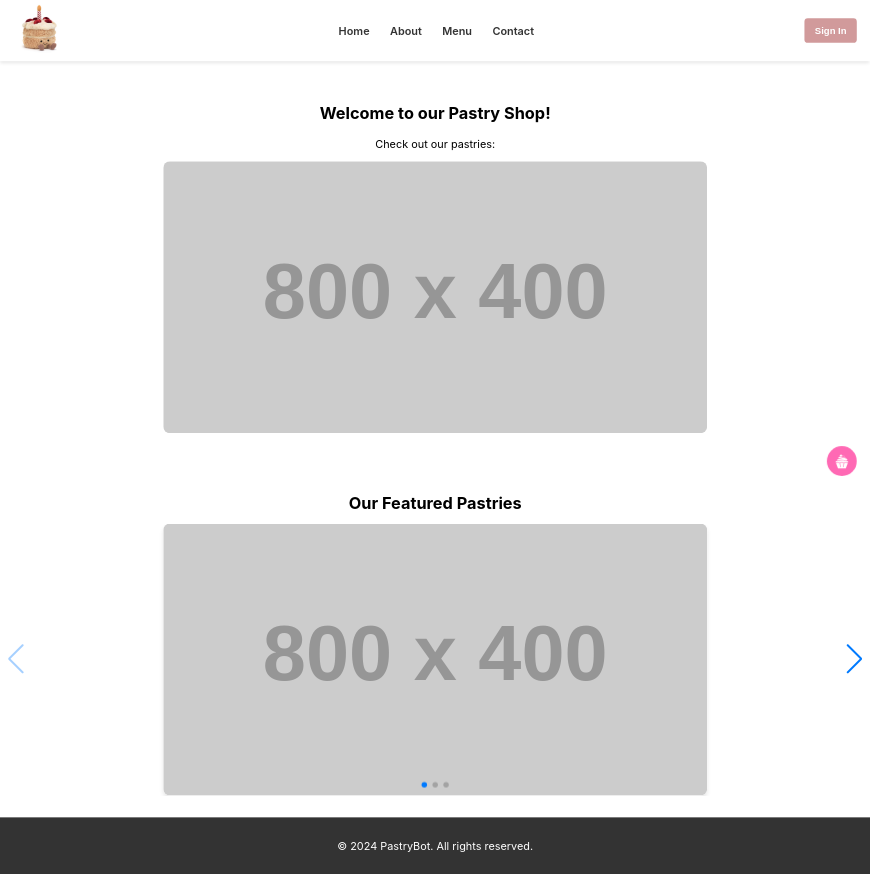
Repository: agrnerd17/Website-Chatbot
Page: / (app in pastry-chatbot/)
An editor plug-in stored every save of this project. The page is shown before and after the next save, followed by the edit.
The browser window is 1280 px wide. The pictures show the whole page, at 68% of full size.
The project was rebuilt for these pictures with package versions that can differ from the ones it lists, and the page was loaded fresh each time. Also part of the build but not shown: pastry-chatbot/src/components/Chatbot.js.

Above is the page before, as saved 2024-12-09 21:24:21.

### pastry-chatbot/src/App.js
import React, { useState } from "react";
import Chatbot from "./components/Chatbot";
import Navbar from "./components/Navbar";
import "./styles/Navbar.css";
import PastryBot from "./components/PastryBot";
import Homepage from "./components/Homepage";

function App() {
  const [isChatbotOpen, setIsChatbotOpen] = useState(false); // State to control chatbot visibility

  const toggleChatbot = () => {
    setIsChatbotOpen(!isChatbotOpen); // Toggle the chatbot visibility
  };

  return (
    <div className="App">
      {/* Navbar */}
      <Navbar />

      {/* Homepage as main content */}
      <main style={{ marginTop: "100px" }}>
        <Homepage />
      </main>

      {/* Conditionally render the Chatbot */}
      {isChatbotOpen && <Chatbot />}

      {/* Pastrybot UI */}
      <div
        style={{
          position: "fixed",
          bottom: "20px",
          right: "20px",
          zIndex: 1000,
        }}
      >
        <PastryBot />
      </div>
    </div>
  );
}

export default App;

### pastry-chatbot/src/components/Navbar.js
import React from "react";
import "../styles/Navbar.css"; // Make sure this path is correct
import logo from "../assets/pastry_bot_icon.jpg";

const Navbar = () => {
  return (
    <nav className="navbar">
      {/* Logo */}
      <div className="navbar-logo">
        <img src={logo} alt="Pastry Logo" />
      </div>

      {/* Menu */}
      <ul className="navbar-menu">
        <li>Home</li>
        <li>About</li>
        <li>Menu</li>
        <li>Contact</li>
      </ul>

      {/* Right Action (e.g., Sign In or Cart) */}
      <div className="navbar-right">
        <button className="navbar-button">Sign In</button>
        {/* Optional cart icon */}
        {/* <i className="fas fa-shopping-cart"></i> */}
      </div>
    </nav>
  );
};

export default Navbar;

### pastry-chatbot/src/styles/Navbar.css
.navbar {
    height: 90px;
    display: flex;
    justify-content: space-between;
    align-items: center;
    padding: 0px 20px;
    background-color: #ffffff;
    box-shadow: 0 2px 5px rgba(0, 0, 0, 0.1);
    position: fixed;
    width: 100%;
    top: 0;
    z-index: 1000;
    box-sizing: border-box;
    overflow: hidden;
  }

  /* Logo styling */
  .navbar-logo img {
    height: 80px;
    width: auto;
  }

  /* Menu styling */
  .navbar-menu {
    display: flex;
    gap: 30px;
    list-style: none;
    margin: 0;
    padding: 0;
  }

  .navbar-menu li {
    font-size: 16px;
    font-weight: 600;
    color: #333333;
    cursor: pointer;
    transition: color 0.3s;
  }

  .navbar-menu li:hover {
    color: #d19a9b; /* Light pink color */
  }

  /* Right action (e.g., button or icon) */
  .navbar-right {
    display: flex;
    align-items: center;
    gap: 20px;
  }

  .navbar-button {
    background-color: #d19a9b; /* Light pink color */
    color: #ffffff;
    border: none;
    padding: 10px 15px;
    border-radius: 5px;
    font-size: 14px;
    font-weight: 600;
    cursor: pointer;
    transition: background-color 0.3s;
    white-space: nowrap; /* Prevent text wrap */
  }

  .navbar-button:hover {
    background-color: #c08888; /* Slightly darker pink */
  }

  /* Media query for responsiveness */
  @media (max-width: 768px) {
    .navbar-menu {
      display: none; /* Hide menu on smaller screens */
    }

    .navbar-right {
      gap: 10px;
    }

    .navbar {
      padding: 10px 15px; /* Reduce padding on smaller screens */
    }
  }

  @media (max-width: 480px) {
    .navbar-button {
      font-size: 12px;
      padding: 8px 10px; /* Smaller button for small screens */
    }

    .navbar-logo img {
      height: 100px; /* Resize logo */
      width: auto;
      max-height: 150px;
    }
  }

### pastry-chatbot/src/components/PastryBot.js
import React, { useState, useEffect, useRef } from "react";
import {
  Box,
  Paper,
  TextField,
  IconButton,
  Typography,
  Avatar,
  Stack,
  Container
} from "@mui/material";
import { styled } from "@mui/system";
import { FiSend } from "react-icons/fi";
import { GiCupcake } from "react-icons/gi";
import { getChatbotResponse } from "../api/cohereAPI"; // Adjust the import if needed

// Styled components for layout
const ChatContainer = styled(Paper)(({ theme }) => ({
  position: "fixed",
  bottom: "20px", // Position it at the bottom right corner
  right: "20px", // Right corner of the screen
  width: "350px", // Adjust width for better fit
  maxWidth: "400px",
  height: "450px", // Adjust height if needed
  borderRadius: "16px",
  display: "flex",
  flexDirection: "column",
  boxShadow: "0 4px 20px rgba(0, 0, 0, 0.1)",
  backgroundColor: "#fff",
  zIndex: 999, // Ensure it floats on top of other content
}));

const MessageContainer = styled(Box)({
  flex: 1,
  overflowY: "auto",
  padding: "16px",
  display: "flex",
  flexDirection: "column",
  gap: "12px",
  maxHeight: "350px", // Ensure the chat area doesn't overflow
});

const InputContainer = styled(Box)({
  padding: "16px",
  borderTop: "1px solid rgba(0, 0, 0, 0.1)",
  display: "flex",
  gap: "8px",
  backgroundColor: "#fff",
  alignItems: "center",
});

const Header = styled(Box)({
  padding: "16px",
  backgroundColor: "#FF69B4", // Adjusted for a more vibrant look
  color: "white",
  display: "flex",
  alignItems: "center",
  gap: "12px",
});

const PastryBot = () => {
  const [messages, setMessages] = useState([]);
  const [input, setInput] = useState("");
  const [chatOpen, setChatOpen] = useState(false); // New state to toggle chat window visibility
  const messagesEndRef = useRef(null);

  const scrollToBottom = () => {
    messagesEndRef.current?.scrollIntoView({ behavior: "smooth" });
  };

  useEffect(() => {
    scrollToBottom();
  }, [messages]);

  const handleSend = async (e) => {
    e.preventDefault();
    if (!input.trim()) return;

    const newMessage = {
      text: input,
      sender: "user",
      time: new Date().toLocaleTimeString([], { hour: "2-digit", minute: "2-digit" })
    };

    setMessages((prev) => [...prev, newMessage]);
    setInput("");

    try {
      const response = await getChatbotResponse(input); // Call Cohere API to get the bot's response
      const botMessage = {
        text: response,
        sender: "bot",
        time: new Date().toLocaleTimeString([], { hour: "2-digit", minute: "2-digit" }),
      };
      setMessages((prev) => [...prev, botMessage]);
    } catch (error) {
      console.error("Error with Cohere API:", error);
    }
  };

  const toggleChat = () => {
    setChatOpen((prev) => !prev); // Toggle the chat window visibility
  };

  return (
    <Container sx={{ display: "flex", justifyContent: "center", p: 3 }}>
      {chatOpen ? (
        <ChatContainer>
          <Header>
            <Avatar sx={{ backgroundColor: "#FF1493" }}>
              <GiCupcake size={24} />
            </Avatar>
            <Typography variant="h6">Pastry Bot</Typography>
            <IconButton
              onClick={toggleChat} // Close the chat when clicked
              sx={{ ml: "auto", color: "white" }}
            >
              X
            </IconButton>
          </Header>

          <MessageContainer>
            {messages.map((message, index) => (
              <Stack
                key={index}
                direction="row"
                justifyContent={message.sender === "user" ? "flex-end" : "flex-start"}
                alignItems="center"
                spacing={1}
              >
                {message.sender === "bot" && (
                  <Avatar sx={{ bgcolor: "#FF69B4", width: 32, height: 32 }}>
                    <GiCupcake size={16} />
                  </Avatar>
                )}
                <Box>
                  <Typography
                    variant="body1"
                    sx={{
                      maxWidth: "280px",
                      padding: "8px 12px",
                      borderRadius: "16px",
                      backgroundColor: message.sender === "user" ? "#FF69B4" : "#f0f0f0",
                      color: message.sender === "user" ? "white" : "black",
                    }}
                  >
                    {message.text}
                  </Typography>
                  <Typography variant="caption" color="textSecondary" sx={{ pl: 1 }}>
                    {message.time}
                  </Typography>
                </Box>
              </Stack>
            ))}
            <div ref={messagesEndRef} />
          </MessageContainer>

          <InputContainer>
            <TextField
              fullWidth
              variant="outlined"
              placeholder="Type your message..."
              value={input}
              onChange={(e) => setInput(e.target.value)}
              onKeyPress={(e) => e.key === "Enter" && handleSend(e)}
              size="small"
            />
            <IconButton
              onClick={handleSend}
              color="primary"
              sx={{ backgroundColor: "#FF69B4", "&:hover": { backgroundColor: "#FF1493" } }}
            >
              <FiSend style={{ color: "white" }} />
            </IconButton>
          </InputContainer>
        </ChatContainer>
      ) : (
        <IconButton
          onClick={toggleChat} // Open the chat when clicked
          sx={{
            position: "fixed",
            bottom: "20px",
            right: "20px",
            backgroundColor: "#FF69B4",
            color: "white",
            borderRadius: "50%",
            padding: "10px",
            zIndex: 9999,
          }}
        >
          <GiCupcake size={24} />
        </IconButton>
      )}
    </Container>
  );
};

export default PastryBot;

### pastry-chatbot/src/components/Homepage.js
import React from 'react';
import { Swiper, SwiperSlide } from "swiper/react";
import { Navigation, Pagination, Autoplay } from "swiper/modules"; // Updated path for modules
import "swiper/css";
import "swiper/css/navigation";
import "swiper/css/pagination";


const Homepage = () => {
    const carouselStyle = {
        width: '100%',
        maxWidth: '800px',
        margin: '0 auto',
        padding: '20px 0',
      };

      const slideContainerStyle = {
        display: 'flex',
        justifyContent: 'center',
        alignItems: 'center',
        width: '100%',
      };

      const imageStyle = {
        maxWidth: '100%',
        maxHeight: '400px',
        objectFit: 'contain',
        borderRadius: '10px',
        boxShadow: '0 4px 6px rgba(0, 0, 0, 0.1)',
      };
  return (

    <div>
      {/* Hero Section */}
      <section style={{ textAlign: 'center', padding: '2rem 0', backgroundColor: '#0000' }}>
        <h1>Welcome to our Pastry Shop!</h1>
        <p>Check out our pastries:</p>
        <img
          src="https://via.placeholder.com/800x400"
          alt="Delicious Pastries"
          style={{ width: '100%', maxWidth: '800px', borderRadius: '10px' }}
        />
      </section>

      {/* Swiper Carousel Section */}
      <section style={{ padding: '2rem 0', backgroundColor: '#fff' }}>
        <h2 style={{ textAlign: 'center', marginBottom: '1rem' }}>Our Featured Pastries</h2>
        <Swiper
          modules={[Navigation, Pagination]}
          navigation
          pagination={{ clickable: true }}
          spaceBetween={20}
          slidesPerView={1}
        >
           <SwiperSlide style={slideContainerStyle}>
            <img
              src="https://via.placeholder.com/800x400.png?text=Pastry+1"
              alt="Pastry 1"
              style={imageStyle}
            />
          </SwiperSlide>
          <SwiperSlide style={slideContainerStyle}>
            <img
              src="https://via.placeholder.com/800x400.png?text=Pastry+2"
              alt="Pastry 2"
              style={imageStyle}
            />
          </SwiperSlide>
          <SwiperSlide style={slideContainerStyle}>
            <img
              src="https://via.placeholder.com/800x400.png?text=Pastry+3"
              alt="Pastry 3"
              style={imageStyle}
            />
          </SwiperSlide>
        </Swiper>
      </section>

      {/* Footer */}
      <footer style={{ backgroundColor: '#333', color: '#fff', padding: '1rem 0', textAlign: 'center' }}>
        <p>&copy; 2024 PastryBot. All rights reserved.</p>
      </footer>
    </div>
  );
};

export default Homepage;

### pastry-chatbot/src/api/cohereAPI.js
import axios from "axios";

const COHERE_API_KEY = process.env.REACT_APP_COHERE_API_KEY; // Load API key from .env file

/**
 * Fetch chatbot response from Cohere's API
 * @param {string} prompt - User's input message
 * @returns {Promise<string>} - Chatbot's response
 */
export async function getChatbotResponse(prompt) {
  try {
    const response = await axios.post(
      "https://api.cohere.ai/v1/generate",
      {
        model: "command-xlarge-nightly",
        prompt: prompt,
        max_tokens: 100,
        temperature: 0.7,
      },
      {
        headers: {
          Authorization: `Bearer ${COHERE_API_KEY}`,
          "Content-Type": "application/json",
        },
      }
    );
    return response.data.generations[0].text.trim();
  } catch (error) {
    console.error("Error with Cohere API:", error.message);
    return "Oops! Something went wrong. Please try again.";
  }
}

Loaded but not shown: pastry-chatbot/public/index.html (common file); pastry-chatbot/src/index.js (common file); pastry-chatbot/src/index.css (common file); pastry-chatbot/src/reportWebVitals.js (common file)

After the next save:
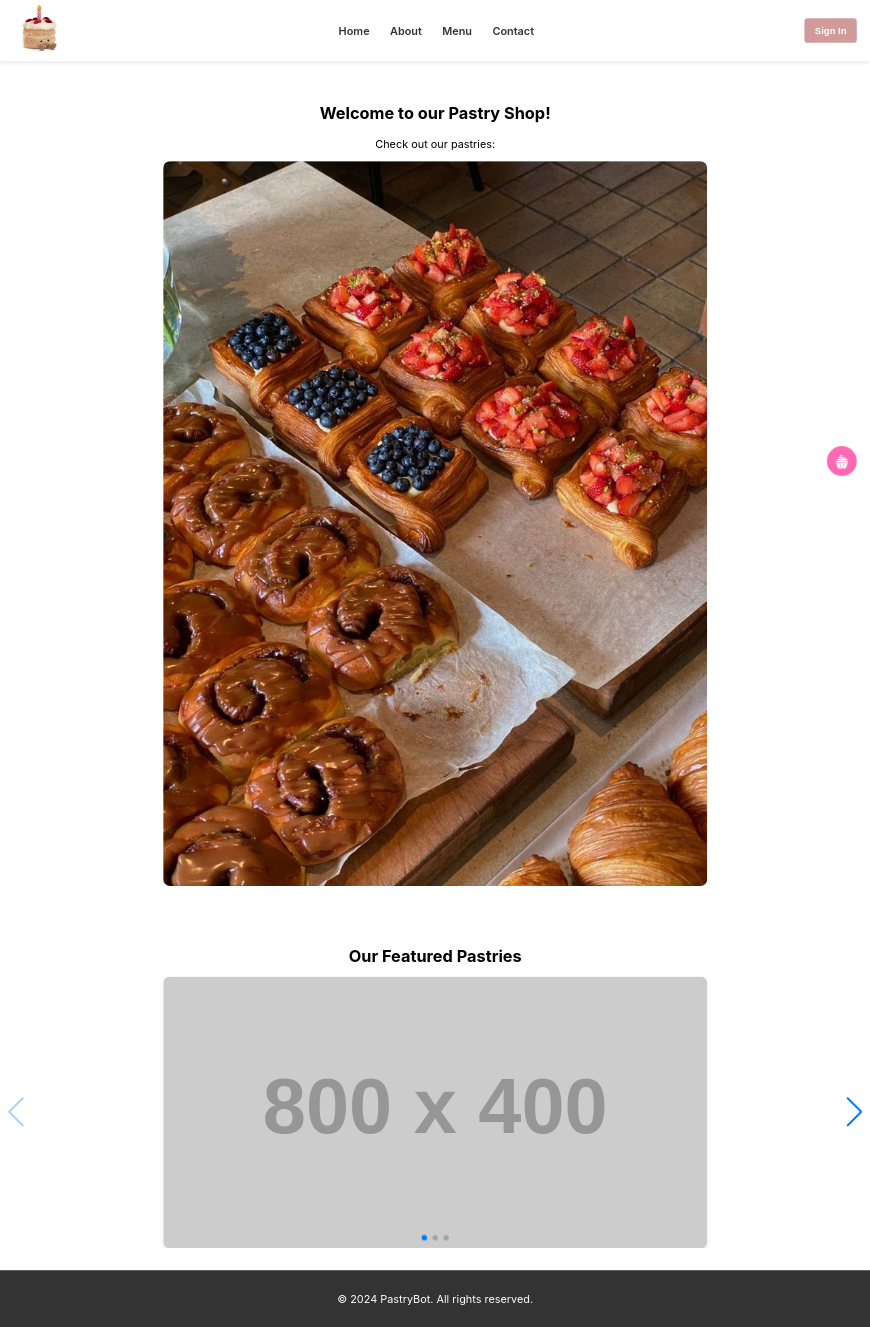
Saved 35 min 59 s later.
--- a/pastry-chatbot/src/components/Homepage.js
+++ b/pastry-chatbot/src/components/Homepage.js
@@ -4,6 +4,7 @@ import { Navigation, Pagination, Autoplay } from "swiper/modules"; // Updated pa
 import "swiper/css";
 import "swiper/css/navigation";
 import "swiper/css/pagination";
+import main_pastry from "../assets/main_pastry.jpg";
 
 
 const Homepage = () => {
@@ -36,7 +37,7 @@ const Homepage = () => {
         <h1>Welcome to our Pastry Shop!</h1>
         <p>Check out our pastries:</p>
         <img
-          src="https://via.placeholder.com/800x400"
+          src={main_pastry}
           alt="Delicious Pastries"
           style={{ width: '100%', maxWidth: '800px', borderRadius: '10px' }}
         />
